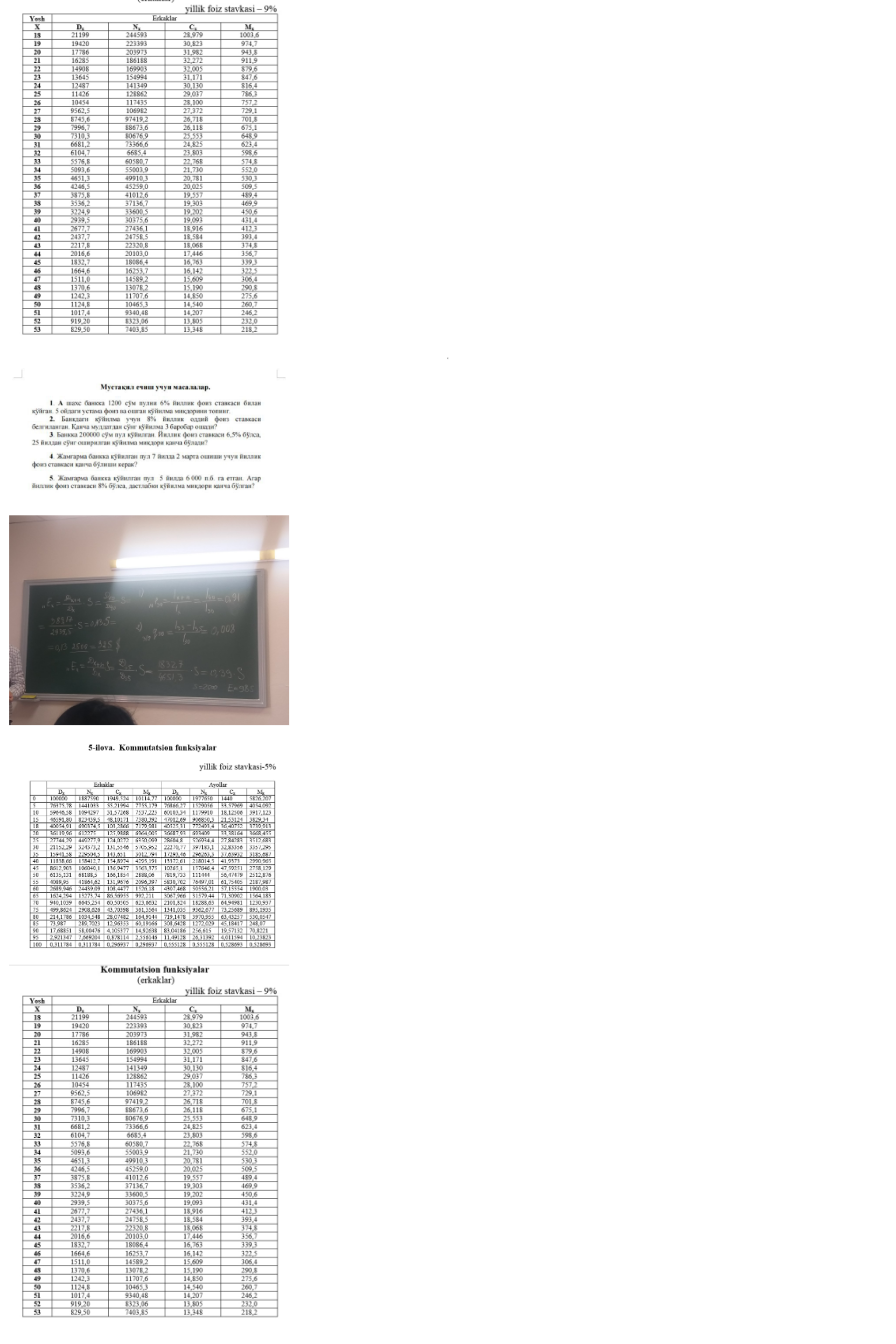
Repository: Ikromkhurozov/exam-inst
Page: index.html
These files come from the project's save history. The page is drawn as it stood at one moment and after a run of saves; the edit follows.
The browser window is 1280 px wide. The pictures show the part of the page from y = 1203 to 3123 px (the page is 3123 px tall), at 70% of full size.

Above is the page before, as saved 2023-05-26 09:52:28.

### index.html
<!DOCTYPE html>
<html lang="en">
<head>
  <meta charset="UTF-8">
  <meta http-equiv="X-UA-Compatible" content="IE=edge">
  <meta name="viewport" content="width=device-width, initial-scale=1.0">
  <title>Document</title>

  <style>

    body{
      display: flex;
      flex-direction: column;
      padding: 5px;
    }

    img{
      width: 400px;
      height: auto;
    }

  </style>
</head>
<body>

  <img src="/p1.jpg" alt="p1">
  <img src="/p4.jpg" alt="p4">
  <img src="/p2.jpg" alt="p2">
  <img src="/p3.jpg" alt="p3">

  <hr>

  <img src="/1.jpg" alt="p1">
  <img src="/p4.jpg" alt="p4">
  <img src="/p2.jpg" alt="p2">
  <img src="/p3.jpg" alt="p3">


  <script src="./script.js"></script>

</body>
</html>

### script.js

let a = {
  name: "77"
};

let b = a;

b.name = "99";

console.log("a", a);
console.log("b", b);

After the next 3 saves:
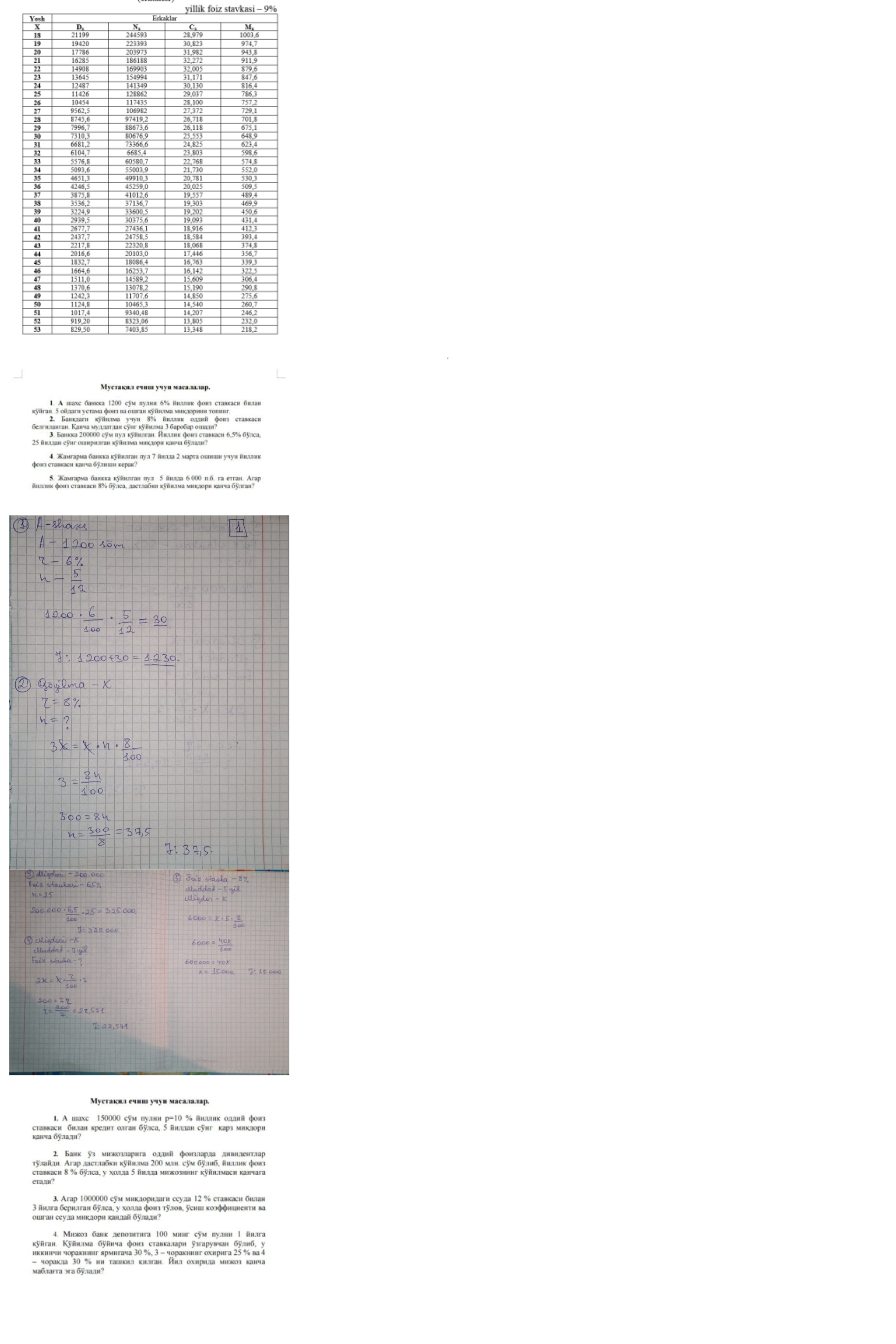
The 3 saves are shown as one change because they came seconds apart.
The last was saved 13 s later.
--- a/index.html
+++ b/index.html
@@ -31,9 +31,9 @@
   <hr>
 
   <img src="/1.jpg" alt="p1">
-  <img src="/p4.jpg" alt="p4">
-  <img src="/p2.jpg" alt="p2">
-  <img src="/p3.jpg" alt="p3">
+  <img src="/2.jpg" alt="p4">
+  <img src="/3.jpg" alt="p2">
+  <img src="/4.jpg" alt="p3">
 
 
   <script src="./script.js"></script>
